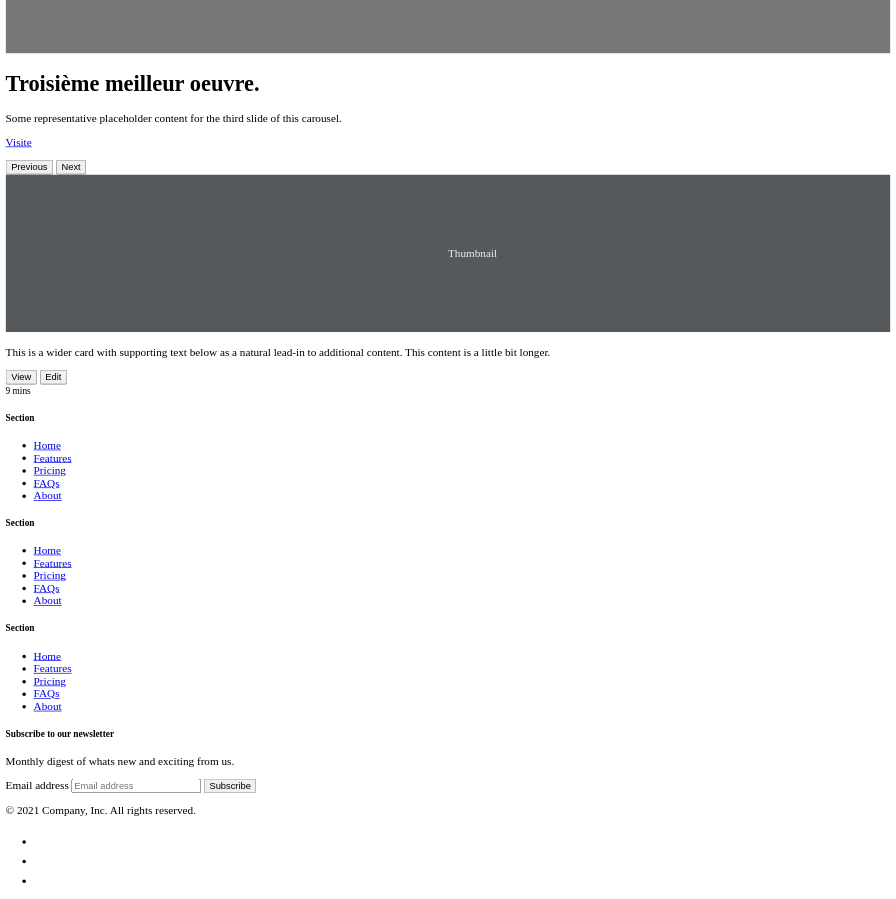
Repository: Amedee7/mypain
Page: templates/home/index.html.twig
An editor plug-in stored every save of this project. The page is shown before and after the next save, followed by the edit.
The browser window is 1280 px wide. The pictures show the part of the page from y = 915 to 2835 px (the page is 2199 px tall before and 2835 px after), at 70% of full size.
The page is a Twig template of a Symfony application; nobody is signed in and links lead nowhere. Other server files are loaded and not shown. The template is opened directly, without the code that normally fills it, so the values that code supplies are empty.

Above is the page before, as saved 2022-03-04 12:41:38.

### templates/home/index.html.twig
{% extends 'base.html.twig' %}

{% block title %}Accueil
{% endblock %}

{% block body %}
	{% include 'home/welcome.html.twig' %}
	{% include 'home/realisation.html.twig' %}

{% endblock %}

### templates/base.html.twig
<!DOCTYPE html>
<html>
	<head>
		<meta charset="UTF-8" name="viewport" content="width=device-width, initial-scale=1">
		<title>
			{% block title %}Welcome!
			{% endblock %}
		</title>
		{% block stylesheets %}
			{{ encore_entry_link_tags('app') }}
		{% endblock %}

		{% block javascripts %}
			{{ encore_entry_script_tags('app') }}
		{% endblock %}
	</head>
	<body>
		{% include 'base/nav.html.twig' %}
		{% block body %}{% endblock %}
		{% include 'base/footer.html.twig' %}

	</body>
</html>

### webpack.config.js
const Encore = require('@symfony/webpack-encore');

// Manually configure the runtime environment if not already configured yet by the "encore" command.
// It's useful when you use tools that rely on webpack.config.js file.
if (!Encore.isRuntimeEnvironmentConfigured()) {
    Encore.configureRuntimeEnvironment(process.env.NODE_ENV || 'dev');
}

Encore
    // directory where compiled assets will be stored
    .setOutputPath('public/build/')
    // public path used by the web server to access the output path
    .setPublicPath('/build')
    // only needed for CDN's or sub-directory deploy
    //.setManifestKeyPrefix('build/')

    /*
     * ENTRY CONFIG
     *
     * Each entry will result in one JavaScript file (e.g. app.js)
     * and one CSS file (e.g. app.css) if your JavaScript imports CSS.
     */
    .addEntry('app', './assets/app.js')

    // enables the Symfony UX Stimulus bridge (used in assets/bootstrap.js)
    .enableStimulusBridge('./assets/controllers.json')

    // When enabled, Webpack "splits" your files into smaller pieces for greater optimization.
    .splitEntryChunks()

    // will require an extra script tag for runtime.js
    // but, you probably want this, unless you're building a single-page app
    .enableSingleRuntimeChunk()

    /*
     * FEATURE CONFIG
     *
     * Enable & configure other features below. For a full
     * list of features, see:
     * https://symfony.com/doc/current/frontend.html#adding-more-features
     */
    .cleanupOutputBeforeBuild()
    .enableBuildNotifications()
    .enableSourceMaps(!Encore.isProduction())
    // enables hashed filenames (e.g. app.abc123.css)
    .enableVersioning(Encore.isProduction())

    .configureBabel((config) => {
        config.plugins.push('@babel/plugin-proposal-class-properties');
    })

    // enables @babel/preset-env polyfills
    .configureBabelPresetEnv((config) => {
        config.useBuiltIns = 'usage';
        config.corejs = 3;
    })

    // enables Sass/SCSS support
    .enableSassLoader()

    // uncomment if you use TypeScript
    //.enableTypeScriptLoader()

    // uncomment if you use React
    //.enableReactPreset()

    // uncomment to get integrity="..." attributes on your script & link tags
    // requires WebpackEncoreBundle 1.4 or higher
    //.enableIntegrityHashes(Encore.isProduction())

    // uncomment if you're having problems with a jQuery plugin
    //.autoProvidejQuery()
    ;

module.exports = Encore.getWebpackConfig();

### templates/base/nav.html.twig
<nav class="navbar navbar-expand-sm navbar-dark bg-dark" aria-label="Third navbar example">
	<div class="container">
		<a class="navbar-brand" href="#">My pain</a>
		<button class="navbar-toggler" type="button" data-bs-toggle="collapse" data-bs-target="#navbarsExample03" aria-controls="navbarsExample03" aria-expanded="false" aria-label="Toggle navigation">
			<span class="navbar-toggler-icon"></span>
		</button>

		<div class="collapse navbar-collapse justify-content-md-center" id="navbarsExample03">
			<ul class="navbar-nav">
				<li class="nav-item">
					<a class="nav-link active" aria-current="page" href="#">Home</a>
				</li>
				<li class="nav-item">
					<a class="nav-link" href="#">Réalisations</a>
				</li>
				<li class="nav-item">
					<a class="nav-link" href="#">Actualités</a>
				</li>
				<li class="nav-item dropdown">
					<a class="nav-link dropdown-toggle" href="#" id="dropdown03" data-bs-toggle="dropdown" aria-expanded="false">Categorie</a>
					<ul class="dropdown-menu" aria-labelledby="dropdown03">
						<li>
							<a class="dropdown-item" href="#">Categorie 1</a>
						</li>
						<li>
							<a class="dropdown-item" href="#">Categorie 2</a>
						</li>
						<li>
							<a class="dropdown-item" href="#">Categorie 3</a>
						</li>
					</ul>
				</li>
				<li class="nav-item">
					<a class="nav-link" href="#">A propos</a>
				</li>
				<li class="nav-item">
					<a class="navbar-btn btn btn-sn btn-primary lift ms-auto" href="#">Me contacter</a>
				</li>
			</ul>
		</div>
	</div>
</nav>

### templates/home/welcome.html.twig
<div id="myCarousel" class="carousel slide" data-bs-ride="carousel">
	<div class="carousel-indicators">
		<button type="button" data-bs-target="#myCarousel" data-bs-slide-to="0" class="active" aria-current="true" aria-label="Slide 1"></button>
		<button type="button" data-bs-target="#myCarousel" data-bs-slide-to="1" aria-label="Slide 2"></button>
		<button type="button" data-bs-target="#myCarousel" data-bs-slide-to="2" aria-label="Slide 3"></button>
	</div>
	<div class="carousel-inner">
		<div class="carousel-item active">
			<svg class="bd-placeholder-img" width="100%" height="100%" xmlns="http://www.w3.org/2000/svg" aria-hidden="true" preserveaspectratio="xMidYMid slice" focusable="false"><rect width="100%" height="100%" fill="#777"/></svg>

			<div class="container">
				<div class="carousel-caption text-start">
					<h1>Une oeuvre a la une</h1>
					<p>Some representative placeholder content for the first slide of the carousel.</p>
					<p>
						<a class="btn btn-lg btn-primary" href="#">Visite</a>
					</p>
				</div>
			</div>
		</div>
		<div class="carousel-item">
			<svg class="bd-placeholder-img" width="100%" height="100%" xmlns="http://www.w3.org/2000/svg" aria-hidden="true" preserveaspectratio="xMidYMid slice" focusable="false"><rect width="100%" height="100%" fill="#777"/></svg>

			<div class="container">
				<div class="carousel-caption">
					<h1>Deuxieme mieu noté.</h1>
					<p>Some representative placeholder content for the second slide of the carousel.</p>
					<p>
						<a class="btn btn-lg btn-primary" href="#">Visite</a>
					</p>
				</div>
			</div>
		</div>
		<div class="carousel-item">
			<svg class="bd-placeholder-img" width="100%" height="100%" xmlns="http://www.w3.org/2000/svg" aria-hidden="true" preserveaspectratio="xMidYMid slice" focusable="false"><rect width="100%" height="100%" fill="#777"/></svg>

			<div class="container">
				<div class="carousel-caption text-end">
					<h1>Troisième meilleur oeuvre.</h1>
					<p>Some representative placeholder content for the third slide of this carousel.</p>
					<p>
						<a class="btn btn-lg btn-primary" href="#">Visite</a>
					</p>
				</div>
			</div>
		</div>
	</div>
	<button class="carousel-control-prev" type="button" data-bs-target="#myCarousel" data-bs-slide="prev">
		<span class="carousel-control-prev-icon" aria-hidden="true"></span>
		<span class="visually-hidden">Previous</span>
	</button>
	<button class="carousel-control-next" type="button" data-bs-target="#myCarousel" data-bs-slide="next">
		<span class="carousel-control-next-icon" aria-hidden="true"></span>
		<span class="visually-hidden">Next</span>
	</button>
</div>

### templates/home/realisation.html.twig
<div class="album py-5 bg-light">
	<div class="container">

		<div class="row row-cols-1 row-cols-sm-2 row-cols-md-3 g-3">

			<div class="col">
				<div class="card shadow-sm">
					<svg class="bd-placeholder-img card-img-top" width="100%" height="225" xmlns="http://www.w3.org/2000/svg" role="img" aria-label="Placeholder: Thumbnail" preserveaspectratio="xMidYMid slice" focusable="false">
						<title>Placeholder</title><rect width="100%" height="100%" fill="#55595c"/><text x="50%" y="50%" fill="#eceeef" dy=".3em">Thumbnail</text>
					</svg>

					<div class="card-body">
						<p class="card-text">This is a wider card with supporting text below as a natural lead-in to additional content. This content is a little bit longer.</p>
						<div class="d-flex justify-content-between align-items-center">
							<div class="btn-group">
								<button type="button" class="btn btn-sm btn-outline-secondary">View</button>
								<button type="button" class="btn btn-sm btn-outline-secondary">Edit</button>
							</div>
							<small class="text-muted">9 mins</small>
						</div>
					</div>
				</div>
			</div>
		</div>
	</div>
</div>

### templates/base/footer.html.twig
<div class="container">
	<footer class="py-5">
		<div class="row">
			<div class="col-2">
				<h5>Section</h5>
				<ul class="nav flex-column">
					<li class="nav-item mb-2">
						<a href="#" class="nav-link p-0 text-muted">Home</a>
					</li>
					<li class="nav-item mb-2">
						<a href="#" class="nav-link p-0 text-muted">Features</a>
					</li>
					<li class="nav-item mb-2">
						<a href="#" class="nav-link p-0 text-muted">Pricing</a>
					</li>
					<li class="nav-item mb-2">
						<a href="#" class="nav-link p-0 text-muted">FAQs</a>
					</li>
					<li class="nav-item mb-2">
						<a href="#" class="nav-link p-0 text-muted">About</a>
					</li>
				</ul>
			</div>

			<div class="col-2">
				<h5>Section</h5>
				<ul class="nav flex-column">
					<li class="nav-item mb-2">
						<a href="#" class="nav-link p-0 text-muted">Home</a>
					</li>
					<li class="nav-item mb-2">
						<a href="#" class="nav-link p-0 text-muted">Features</a>
					</li>
					<li class="nav-item mb-2">
						<a href="#" class="nav-link p-0 text-muted">Pricing</a>
					</li>
					<li class="nav-item mb-2">
						<a href="#" class="nav-link p-0 text-muted">FAQs</a>
					</li>
					<li class="nav-item mb-2">
						<a href="#" class="nav-link p-0 text-muted">About</a>
					</li>
				</ul>
			</div>

			<div class="col-2">
				<h5>Section</h5>
				<ul class="nav flex-column">
					<li class="nav-item mb-2">
						<a href="#" class="nav-link p-0 text-muted">Home</a>
					</li>
					<li class="nav-item mb-2">
						<a href="#" class="nav-link p-0 text-muted">Features</a>
					</li>
					<li class="nav-item mb-2">
						<a href="#" class="nav-link p-0 text-muted">Pricing</a>
					</li>
					<li class="nav-item mb-2">
						<a href="#" class="nav-link p-0 text-muted">FAQs</a>
					</li>
					<li class="nav-item mb-2">
						<a href="#" class="nav-link p-0 text-muted">About</a>
					</li>
				</ul>
			</div>

			<div class="col-4 offset-1">
				<form>
					<h5>Subscribe to our newsletter</h5>
					<p>Monthly digest of whats new and exciting from us.</p>
					<div class="d-flex w-100 gap-2">
						<label for="newsletter1" class="visually-hidden">Email address</label>
						<input id="newsletter1" type="text" class="form-control" placeholder="Email address">
						<button class="btn btn-primary" type="button">Subscribe</button>
					</div>
				</form>
			</div>
		</div>

		<div class="d-flex justify-content-between py-4 my-4 border-top">
			<p>&copy; 2021 Company, Inc. All rights reserved.</p>
			<ul class="list-unstyled d-flex">
				<li class="ms-3">
					<a class="link-dark" href="#">
						<svg class="bi" width="24" height="24"><use xlink:href="#twitter"/></svg>
					</a>
				</li>
				<li class="ms-3">
					<a class="link-dark" href="#">
						<svg class="bi" width="24" height="24"><use xlink:href="#instagram"/></svg>
					</a>
				</li>
				<li class="ms-3">
					<a class="link-dark" href="#">
						<svg class="bi" width="24" height="24"><use xlink:href="#facebook"/></svg>
					</a>
				</li>
			</ul>
		</div>
	</footer>
</div>

After the next save:
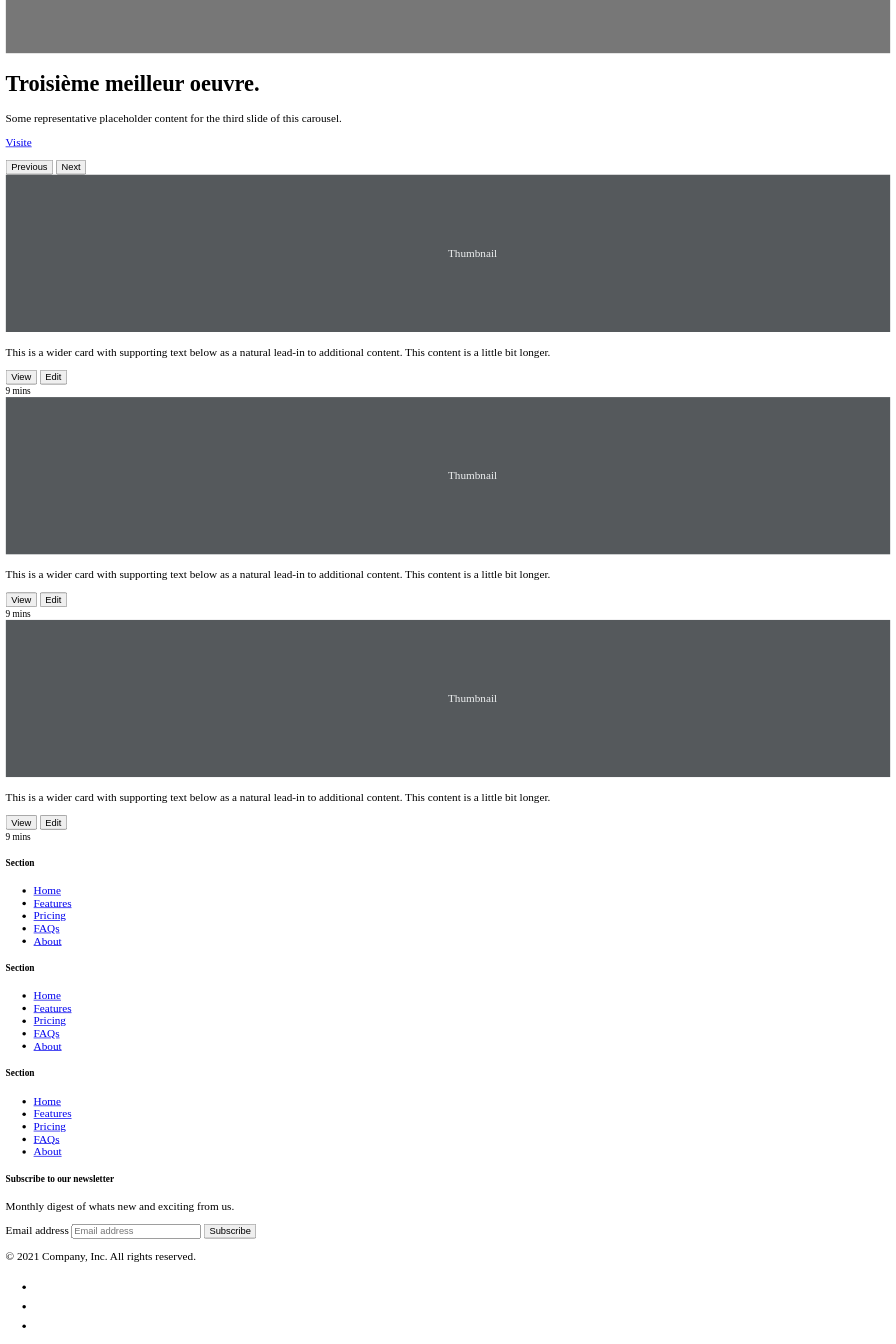
Saved 21 s later.
--- a/templates/home/realisation.html.twig
+++ b/templates/home/realisation.html.twig
@@ -21,6 +21,42 @@
 					</div>
 				</div>
 			</div>
+			<div class="col">
+				<div class="card shadow-sm">
+					<svg class="bd-placeholder-img card-img-top" width="100%" height="225" xmlns="http://www.w3.org/2000/svg" role="img" aria-label="Placeholder: Thumbnail" preserveaspectratio="xMidYMid slice" focusable="false">
+						<title>Placeholder</title><rect width="100%" height="100%" fill="#55595c"/><text x="50%" y="50%" fill="#eceeef" dy=".3em">Thumbnail</text>
+					</svg>
+
+					<div class="card-body">
+						<p class="card-text">This is a wider card with supporting text below as a natural lead-in to additional content. This content is a little bit longer.</p>
+						<div class="d-flex justify-content-between align-items-center">
+							<div class="btn-group">
+								<button type="button" class="btn btn-sm btn-outline-secondary">View</button>
+								<button type="button" class="btn btn-sm btn-outline-secondary">Edit</button>
+							</div>
+							<small class="text-muted">9 mins</small>
+						</div>
+					</div>
+				</div>
+			</div>
+			<div class="col">
+				<div class="card shadow-sm">
+					<svg class="bd-placeholder-img card-img-top" width="100%" height="225" xmlns="http://www.w3.org/2000/svg" role="img" aria-label="Placeholder: Thumbnail" preserveaspectratio="xMidYMid slice" focusable="false">
+						<title>Placeholder</title><rect width="100%" height="100%" fill="#55595c"/><text x="50%" y="50%" fill="#eceeef" dy=".3em">Thumbnail</text>
+					</svg>
+
+					<div class="card-body">
+						<p class="card-text">This is a wider card with supporting text below as a natural lead-in to additional content. This content is a little bit longer.</p>
+						<div class="d-flex justify-content-between align-items-center">
+							<div class="btn-group">
+								<button type="button" class="btn btn-sm btn-outline-secondary">View</button>
+								<button type="button" class="btn btn-sm btn-outline-secondary">Edit</button>
+							</div>
+							<small class="text-muted">9 mins</small>
+						</div>
+					</div>
+				</div>
+			</div>
 		</div>
 	</div>
 </div>
